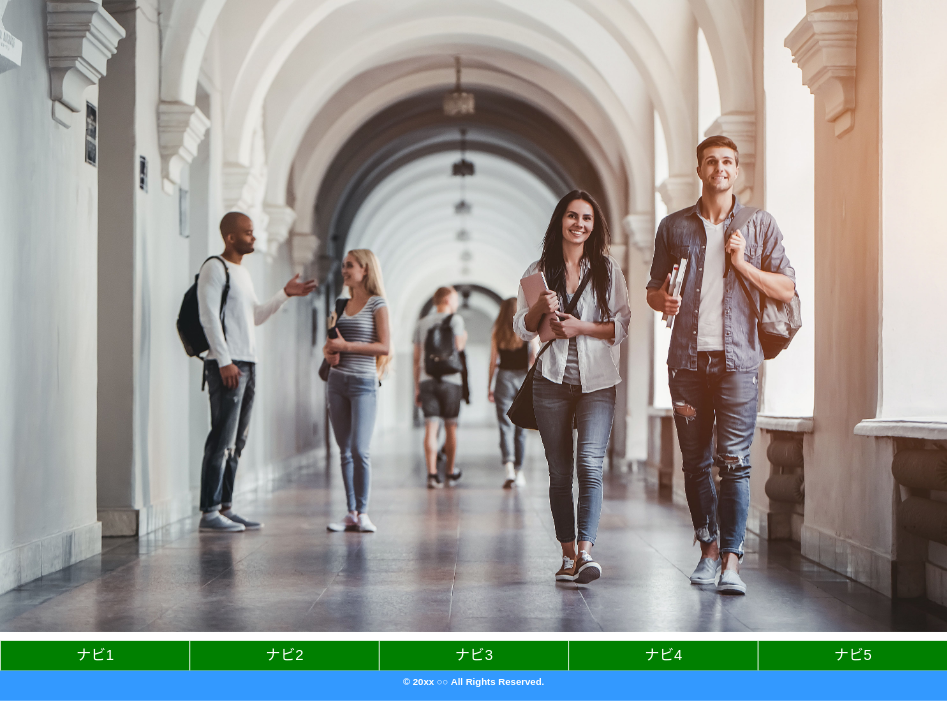
Repository: Fuku0613/-Samurai_JS-
Page: home.html
The author's editor kept a record of every edit. The page is drawn from the files as they stood at one moment, then again after the next edit.
The browser window is 1280 px wide. The pictures show the whole page, at 74% of full size.
Pictures or frames that could not be fetched are drawn as grey boxes.

Above is the page before.

After the next edit:
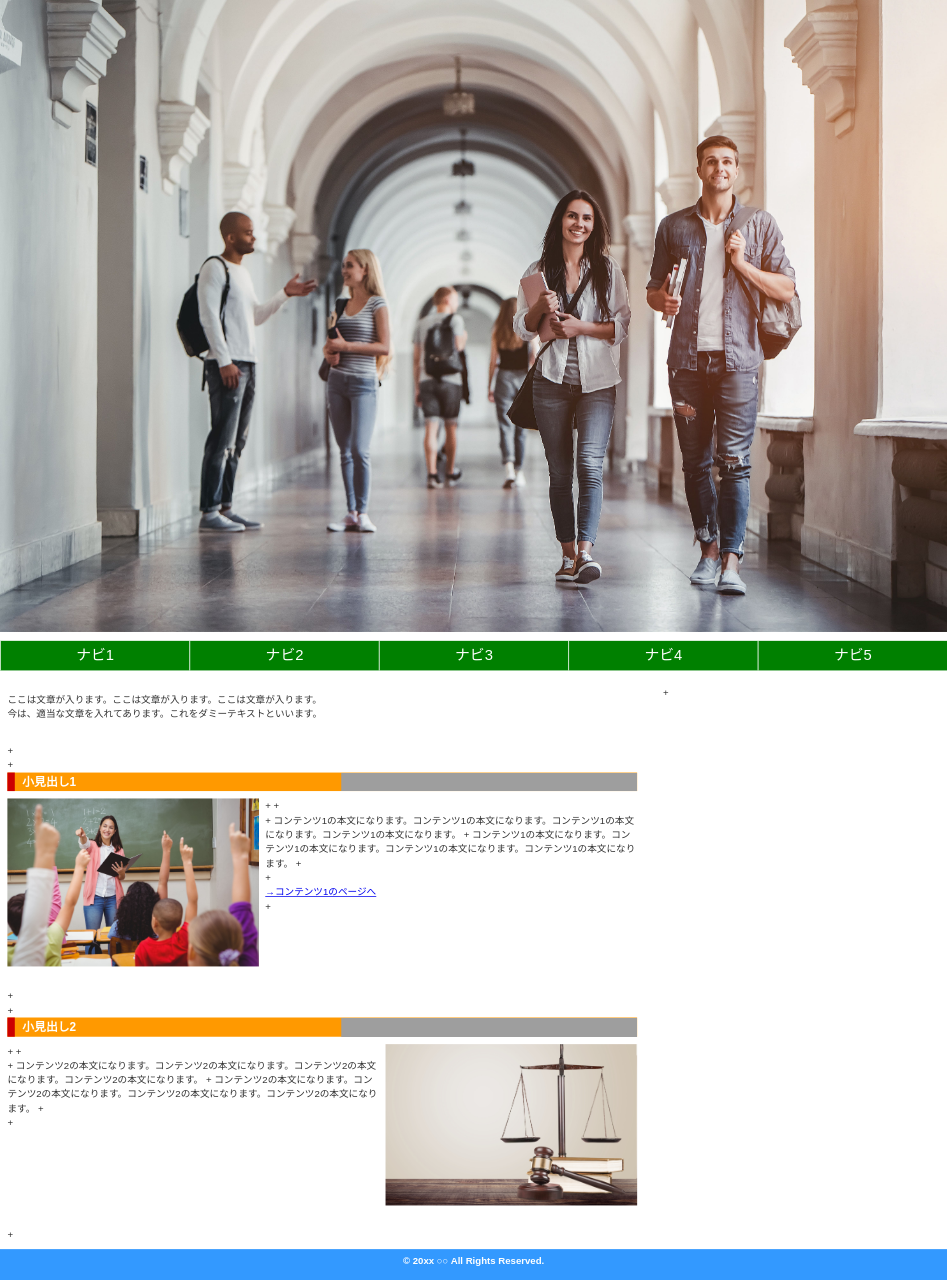
The edit:
--- a/home.html
+++ b/home.html
@@ -19,6 +19,29 @@
                     <li><a href="#">ナビ5</a></li>
                 </ul>
             </div>
+            <div id="container">                <div id="main">
+                    <div class="post">
+                        <p>ここは文章が入ります。ここは文章が入ります。ここは文章が入ります。<br />今は、適当な文章を入れてあります。これをダミーテキストといいます。</p>
+                    </div>
++                    <div class="post clearfix">
++                        <h2>小見出し1</h2>
++                        <img class="left" src="images/classroom.jpg" alt="授業風景" />
++                        <p>
++                            コンテンツ1の本文になります。コンテンツ1の本文になります。コンテンツ1の本文になります。コンテンツ1の本文になります。
++                            コンテンツ1の本文になります。コンテンツ1の本文になります。コンテンツ1の本文になります。コンテンツ1の本文になります。
++                        </p>
++                        <p><a href="#">→コンテンツ1のページへ</a></p>
++                    </div>
++                    <div class="post clearfix">
++                        <h2>小見出し2</h2>
++                        <img class="right" src="images/scale.jpg" alt="天秤" />
++                        <p>
++                            コンテンツ2の本文になります。コンテンツ2の本文になります。コンテンツ2の本文になります。コンテンツ2の本文になります。
++                            コンテンツ2の本文になります。コンテンツ2の本文になります。コンテンツ2の本文になります。コンテンツ2の本文になります。
++                        </p>
++                    </div>
++                </div>
++            </div>
         </div>
         <div id="footer">
             <p>&copy; 20xx ○○ All Rights Reserved.</p>
